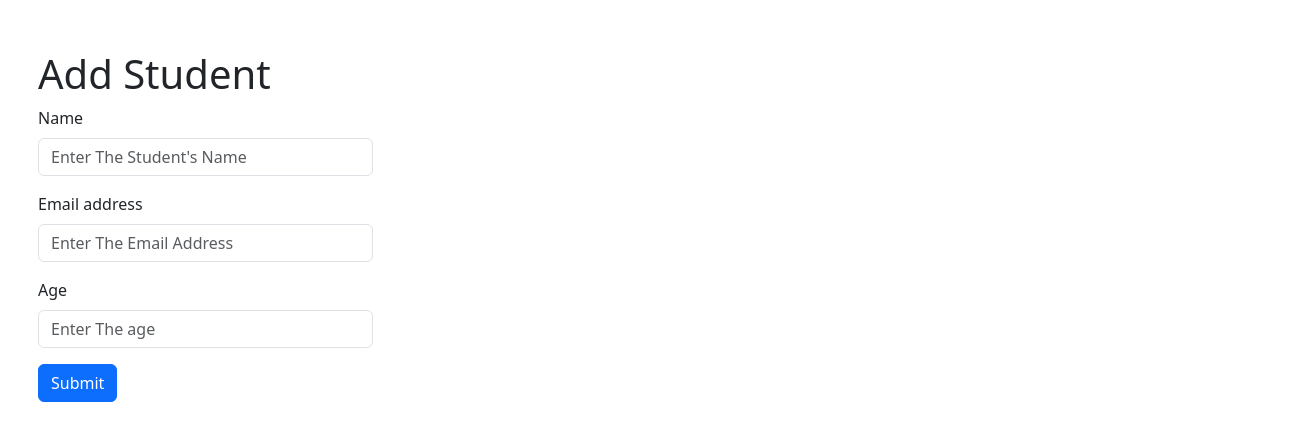
Repository: Manojs14/StudentManagementSystem
Page: http://localhost/Crud_form/
These files come from the project's save history. The page is drawn as it stood at one moment and after the next save; the edit follows.
The browser window is 1280 px wide. The page is 1292 px wide, then 1280 px, so the pictures cover 1292 px, including what lies to the right of the window. The pictures show the whole page.
The page is served by Tomcat 9. Nobody is signed in. The application's start-up code is not run. Other server files are loaded and not shown.

Above is the page before, as saved 2024-07-11 03:16:11.

### Crud_form/src/main/webapp/index.jsp
<%@ page language="java" contentType="text/html; charset=UTF-8"
    pageEncoding="UTF-8"%>
<!DOCTYPE html>
<html>
<head>
<meta charset="UTF-8">
<title>The Form</title>
<link href="https://cdn.jsdelivr.net/npm/bootstrap@5.3.2/dist/css/bootstrap.min.css" rel="stylesheet" integrity="sha384-T3c6CoIi6uLrA9TneNEoa7RxnatzjcDSCmG1MXxSR1GAsXEV/Dwwykc2MPK8M2HN" crossorigin="anonymous">
</head>
<body>

 <div class="row">
    <div class="col-4" style="padding:50px">
        <h1 style="">Add Student</h1>
     <form action="signuphandler.jsp" method="post">
  <div class="mb-3">
    <label for="username" class="form-label">Name </label>
    <input type="text" class="form-control" id="name1" name="name" aria-describedby="text" placeholder="Enter The Student's Name" required>
  </div>
   <div class="mb-3">
    <label for="exampleInputEmail1" class="form-label">Email address</label>
    <input type="email" class="form-control" name="email" required id="email1" aria-describedby="emailHelp" placeholder="Enter The Email Address" required>
  </div>
  <div class="mb-3">
    <label for="number" class="form-label">Age</label>
    <input type="number" class="form-control" name="age" required id="age" placeholder="Enter The age" required>
  </div>
  <button type="submit" class="btn btn-primary">Submit</button>
</form>
</div>
</div>
 <script src="https://cdn.jsdelivr.net/npm/@popperjs/core@2.11.8/dist/umd/popper.min.js" integrity="sha384-I7E8VVD/ismYTF4hNIPjVp/Zjvgyol6VFvRkX/vR+Vc4jQkC+hVqc2pM8ODewa9r" crossorigin="anonymous"></script>
<script src="https://cdn.jsdelivr.net/npm/bootstrap@5.3.2/dist/js/bootstrap.min.js" integrity="sha384-BBtl+eGJRgqQAUMxJ7pMwbEyER4l1g+O15P+16Ep7Q9Q+zqX6gSbd85u4mG4QzX+" crossorigin="anonymous"></script>

</body>

After the next save:
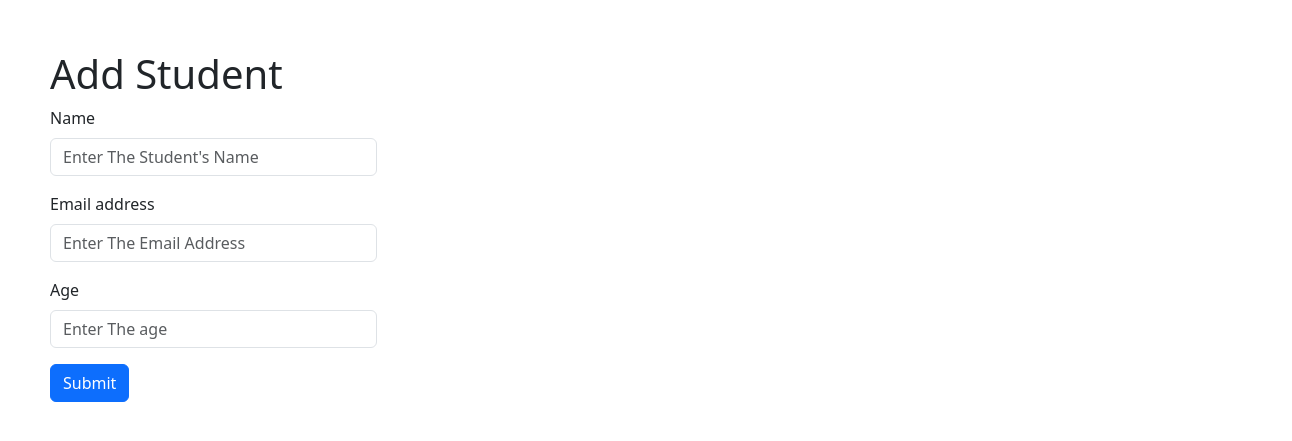
Saved 17 s later.
--- a/Crud_form/src/main/webapp/index.jsp
+++ b/Crud_form/src/main/webapp/index.jsp
@@ -9,7 +9,6 @@
 </head>
 <body>
 
- <div class="row">
     <div class="col-4" style="padding:50px">
         <h1 style="">Add Student</h1>
      <form action="signuphandler.jsp" method="post">
